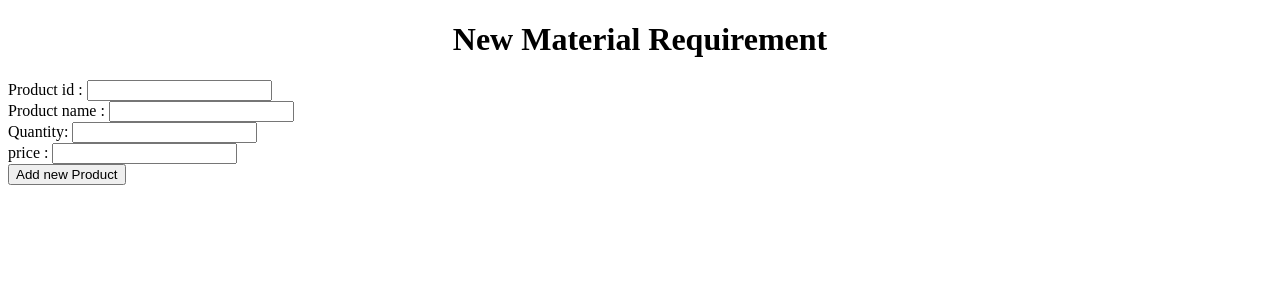
Repository: Nilesh-Parit/J2EE
Page: http://localhost/SpringMvcCrud/WEB-INF/views/addproduct.jsp
These files come from the project's save history. The page is drawn as it stood at one moment and after a run of saves; the edit follows.
The browser window is 1280 px wide. The pictures show the whole page.
The page is served by Tomcat 9. Nobody is signed in. Other server files are loaded and not shown. The template is opened directly, without the code that normally fills it, so the values that code supplies are empty.

Above is the page before, as saved 2024-01-12 03:39:12.

### Spring/SpringMvcCrud/src/main/webapp/WEB-INF/views/addproduct.jsp
<%@ page language="java" contentType="text/html; charset=ISO-8859-1"
    pageEncoding="ISO-8859-1"%>
<!DOCTYPE html>
<html>
<style>
h1 {text-align: center;}
p {text-align: center;}
div {text-align: center;}
</style>
<head>
<meta charset="ISO-8859-1">
<title>Insert title here</title>
</head>
<body>
<h1>New Material Requirement</h1>
   <form action="insertProduct" method="post">
       Product id : <input type="text" name="pid" id="pid"><br>
       Product name : <input type="text" name="pname" id="pname"><br>
        Quantity: <input type="text" name="qty" id="qty"><br>
         price : <input type="text" name="price" id="price"><br>
         <button type="submit" name="btn" id="btn">Add new Product</button>
   </form>
</body>
</html>

After the next 2 saves:
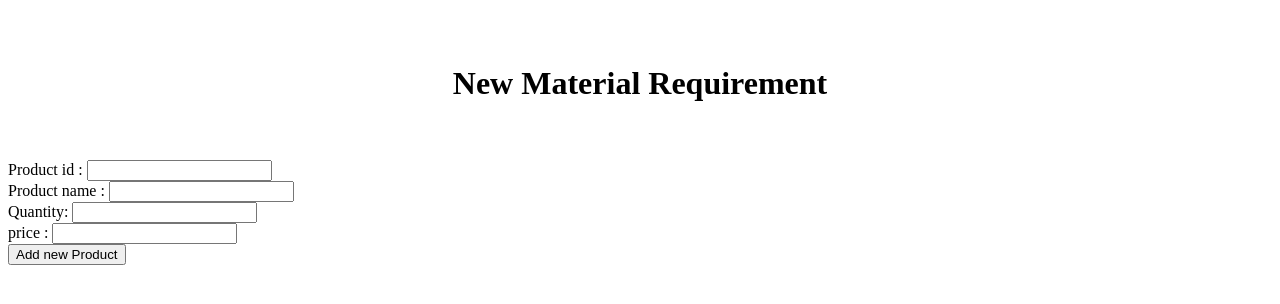
The 2 saves are shown as one change because they came seconds apart.
The last was saved 19 s later.
--- a/Spring/SpringMvcCrud/src/main/webapp/WEB-INF/views/addproduct.jsp
+++ b/Spring/SpringMvcCrud/src/main/webapp/WEB-INF/views/addproduct.jsp
@@ -11,8 +11,8 @@ div {text-align: center;}
 <meta charset="ISO-8859-1">
 <title>Insert title here</title>
 </head>
-<body>
-<h1>New Material Requirement</h1>
+<body><br><br>
+ <h1>New Material Requirement</h1><br><br>
    <form action="insertProduct" method="post">
        Product id : <input type="text" name="pid" id="pid"><br>
        Product name : <input type="text" name="pname" id="pname"><br>
